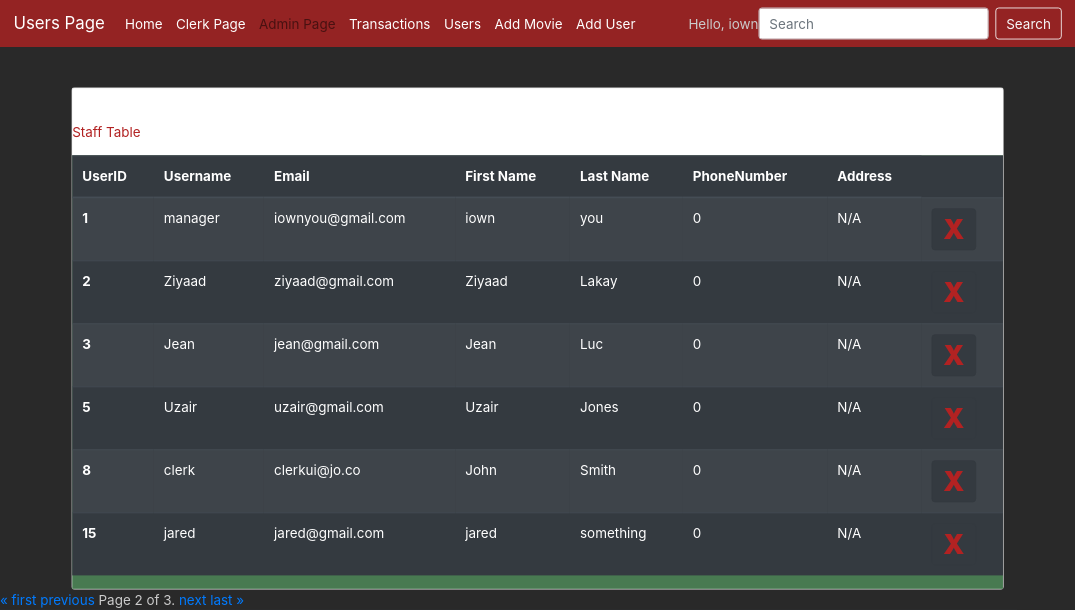
Repository: jeanluciradukunda/csc312.group.project
Page: http://localhost/userstbl/?page=2
An editor plug-in stored every save of this project. The page is shown before and after the next save, followed by the edit.
The browser window is 1280 px wide. The pictures show the whole page, at 84% of full size.
The page is served by the project's application, run on Django 2.2 (dvdstore/manage.py). The first stored user is signed in. Other server files are loaded and not shown. The page reads the database file committed with the project.

Above is the page before, as saved 2019-09-14 17:04:20.

### dvdstore/templates/userstbl.html
{%load static %}
<!DOCTYPE html>
<html lang="en">
<head>
    <meta charset="UTF-8">
    <meta name="viewport" content="width=device-width, initial-scale=1.0">
    <meta http-equiv="X-UA-Compatible" content="ie=edge">
    <link rel="stylesheet" href="https://stackpath.bootstrapcdn.com/bootstrap/4.3.1/css/bootstrap.min.css" integrity="sha384-ggOyR0iXCbMQv3Xipma34MD+dH/1fQ784/j6cY/iJTQUOhcWr7x9JvoRxT2MZw1T" crossorigin="anonymous">
    <link rel="stylesheet" type="text/css" href="{% static 'transactionstyle.css'%}">
    <title>Transactions</title>
</head>
<body>
    <!-- NAVIGATION BAR -->
    <nav class="navbar navbar-expand-lg navbar-light sticky" style="background-color: rgba(178, 34, 34, 0.781);">
            <a class="navbar-brand" href="#" style="color: white" >Users Page</a>
            <button class="navbar-toggler" type="button" data-toggle="collapse" data-target="#navbarSupportedContent" aria-controls="navbarSupportedContent" aria-expanded="false" aria-label="Toggle navigation">
              <span class="navbar-toggler-icon"></span>
            </button>

            <div class="collapse navbar-collapse" id="navbarSupportedContent">
              <ul class="navbar-nav mr-auto">
                <li class="nav-item active">
                  <a class="nav-link" href="/" style="color: white">Home <span class="sr-only">(current)</span></a>
                </li>

                <li class="nav-item ">
                    {% if user.is_superuser %}
                    <a class="nav-link" href="../clerk" style="color: white">Clerk Page</a>
                    {%endif%}
                  </li>

                <li class="nav-item" style="color: white">
                  {% if user.is_superuser %}
                  <a class="nav-link" href="/admin">Admin Page</a>
                  {%endif%}
              </li>

              <li class="nav-item ">
                  {% if user.is_superuser %}
                  <a class="nav-link" href="../transactions" style="color: white">Transactions</a>
                  {%endif%}
                </li>


              <li class="nav-item ">
                    {% if user.is_superuser %}
                    <a class="nav-link" href="../userstbl" style="color: white">Users</a>
                    {%endif%}
              </li>

              <li class="nav-item">
                  {% if user.is_superuser %}
                  <a class="nav-link" href="#" data-toggle="modal" data-target="#mymodal1" style="color: white">Add Movie</a>
                  {%endif%}
              </li>

              <li class="nav-item ">
                {% if user.is_superuser %}
                <a class="nav-link" href="#" data-toggle="modal" data-target="#mymodal2" style="color: white">Add User</a>
                {%endif%}
              </li>


                </ul>
              </ul>




              <form method="GET" action="" class="form-inline my-2 my-lg-0">
                  <a> Hello, {{user.first_name}}</a><br>
                <input class="form-control mr-sm-2" name ='query' type="search" placeholder="Search" aria-label="Search">
                <button class="btn btn-outline-light my-2 my-sm-0" type="submit">Search</button>
              </form>
            </div>
          </nav>
    <a></a><br>
    <!-- END OF NAVIGATION BAR -->

    <!-- Staff table -->
    <div class="container">
        <div class="card" style="table-layout: fixed;">
          <div class="card-body"></div>
                <p class="" style="font: bold; color:firebrick">Staff Table</p>
                  <div class="table-body">
                          <table class="table table-striped table-dark">
                                  <thead>
                                    <tr>
                                      <th scope="col">UserID</th>
                                      <th scope="col">Username</th>
                                      <th scope="col">Email</th>
                                      <th scope="col">First Name</th>
                                      <th scope="col">Last Name</th>
                                      <th scope="col">PhoneNumber</th>
                                      <th scope="col">Address</th>

                                    </tr>
                                  </thead>
                                  <tbody>
                                  {% for use in users %}
                                  {% if user.is_staff %}
                                    <tr>
                                      <th scope="row">{{use.id}}</th>
                                      <td>{{use.username}}</td>
                                      <td>{{use.email}}</td>
                                      <td>{{use.first_name}}</td>
                                      <td>{{use.last_name}}</td>
                                      <td>0</td>
                                      <td>N/A</td>
                                      {% if user.is_superuser %}

                                      <td>
                                          <form  method="post" action="deleteUser">
                                              {% csrf_token %}
                                            <input type="hidden" name="userID" value="{{use.id}}"></input>
                                            <button type="submit" class="btn btn-dark badge" style="color:firebrick; font-size:2rem"><strong>X</strong></button>
                                          </form>
                                        </td>
                                      {%endif%}
                                    </tr>
                                  {%endif%}
                                  {%endfor%}
                                  </tbody>
                                </table>
                  </div>
          </div>
        </div>
  </div>
  <!-- end TABLE -->



  <!-- The Modal1 -->
  <div class="modal" id="mymodal1">
      <div class="modal-dialog">
        <div class="modal-content">

          <!-- Modal Header -->
          <div class="modal-header">
            <h4 class="modal-title">Add Movie</h4>
            <button type="button" class="close" data-dismiss="modal">&times;</button>
          </div>

          <!-- Modal body -->
          <div class="modal-body">
            <form method="POST" enctype="multipart/form-data" action="model_form_upload">
              {% csrf_token %}
              {{ form.as_p }}
              <button type="submit">Upload</button>
            </form>
          </div>

          <!-- Modal footer -->
          <div class="modal-footer">
            <button type="button" class="btn btn-danger" data-dismiss="modal">Close</button>
          </div>

        </div>
      </div>
    </div>

    <!-- The Modal2 -->
    <div class="modal" id="mymodal2">
        <div class="modal-dialog">
          <div class="modal-content">

            <!-- Modal Header -->
            <div class="modal-header">
              <h4 class="modal-title">Add User</h4>
              <button type="button" class="close" data-dismiss="modal">&times;</button>
            </div>

            <!-- Modal body -->
            <div class="modal-body">
              <form action="register2" method="POST">
                {% csrf_token %}
                <input type="text" name="first_name" placeholder="First Name"><br>
                <input type="text" name="last_name" placeholder="Last Name"><br>
                <input type="text" name="username" placeholder="Username"><br>
                <input type="email" name="email" placeholder="Email"><br>
                <input type="submit" value="Add">
              </form>
            </div>

            <!-- Modal footer -->
            <div class="modal-footer">
              <button type="button" class="btn btn-danger" data-dismiss="modal">Close</button>
            </div>

          </div>
        </div>
      </div>
      <!-- end modal -->
      <!-- Pagination -->
    <div class="pagination">
            <span class="step-links">
                {% if dvds.has_previous %}
                    <a href="?page=1">&laquo; first</a>
                    <a href="?page={{ dvds.previous_page_number }}">previous</a>
                {% endif %}

                <span class="current">
                    Page {{ dvds.number }} of {{ dvds.paginator.num_pages }}.
                </span>

                {% if dvds.has_next %}
                    <a href="?page={{ dvds.next_page_number }}">next</a>
                    <a href="?page={{ dvds.paginator.num_pages }}">last &raquo;</a>
                {% endif %}
            </span>
        </div>

        <script src="https://code.jquery.com/jquery-3.3.1.slim.min.js" integrity="sha384-q8i/X+965DzO0rT7abK41JStQIAqVgRVzpbzo5smXKp4YfRvH+8abtTE1Pi6jizo" crossorigin="anonymous"></script>
        <script src="https://cdnjs.cloudflare.com/ajax/libs/popper.js/1.14.7/umd/popper.min.js" integrity="sha384-UO2eT0CpHqdSJQ6hJty5KVphtPhzWj9WO1clHTMGa3JDZwrnQq4sF86dIHNDz0W1" crossorigin="anonymous"></script>
        <script src="https://stackpath.bootstrapcdn.com/bootstrap/4.3.1/js/bootstrap.min.js" integrity="sha384-JjSmVgyd0p3pXB1rRibZUAYoIIy6OrQ6VrjIEaFf/nJGzIxFDsf4x0xIM+B07jRM" crossorigin="anonymous"></script>
</body>
</html>

### dvdstore/db.sqlite3 (the tables this page reads, as SQL)
CREATE TABLE "auth_user" ("id" integer NOT NULL PRIMARY KEY AUTOINCREMENT, "password" varchar(128) NOT NULL, "last_login" datetime NULL, "is_superuser" bool NOT NULL, "username" varchar(150) NOT NULL UNIQUE, "first_name" varchar(30) NOT NULL, "email" varchar(254) NOT NULL, "is_staff" bool NOT NULL, "is_active" bool NOT NULL, "date_joined" datetime NOT NULL, "last_name" varchar(150) NOT NULL);
INSERT INTO "auth_user" VALUES
(1, 'pbkdf2_sha256$150000$mcTwGV2rmSQY$87I6d5XSOF6QkxJE92oSK1GpwwKtlfpz+SlvvDeImfI=', '2019-09-14 15:09:43.069186', 1, 'manager', 'iown', 'iownyou@gmail.com', 1, 1, '2019-09-10 17:38:19', 'you'),
(2, 'pbkdf2_sha256$150000$JUy4BFehU9v1$H2rdyS0nnGwF9g5qbzTjq5XvECoVsnC+nSxDbOR07sc=', '2019-09-12 15:24:59', 0, 'Ziyaad', 'Ziyaad', 'ziyaad@gmail.com', 1, 1, '2019-09-10 17:59:31', 'Lakay'),
(3, 'pbkdf2_sha256$150000$NE9sCrn8F0sL$/5qg9BN4EBMjZ8Ubn6OlRBpe+MGUmDbqwyM8BrHbh/E=', '2019-09-12 10:47:43', 0, 'Jean', 'Jean', 'jean@gmail.com', 1, 1, '2019-09-10 17:59:53', 'Luc'),
(5, 'pbkdf2_sha256$150000$XhKeFcXtsSVa$iDpbqNyJ0sjnhJYGWs8JjUMSGv7d5NgXxGzF1guQiSI=', NULL, 1, 'Uzair', 'Uzair', 'uzair@gmail.com', 1, 1, '2019-09-10 18:01:30', 'Jones'),
(8, 'pbkdf2_sha256$150000$OOPpn6Q2d1GJ$lhkaScOqfPseB2lpIXSQ2tN/utEsIRUj7ZHSrh0jAjw=', '2019-09-14 13:30:34.035743', 0, 'clerk', 'John', 'clerkui@jo.co', 1, 1, '2019-09-10 18:03:46', 'Smith'),
(15, 'j1234', NULL, 0, 'jared', 'jared', 'jared@gmail.com', 0, 1, '2019-09-14 16:02:09.598495', 'something');

CREATE TABLE "webapp_dvd" ("id" integer NOT NULL PRIMARY KEY AUTOINCREMENT, "Title" varchar(50) NOT NULL, "year" varchar(255) NOT NULL, "genre" varchar(255) NOT NULL, "InStock" bool NOT NULL, "Synopsis" text NOT NULL, "BookingPickup" varchar(255) NOT NULL, "NumOfTimesRented" integer NOT NULL, "ImageDVD" varchar(100) NOT NULL, "PriceDVD" integer NOT NULL, "NumDaysBooked" integer NOT NULL);
INSERT INTO "webapp_dvd" VALUES
(1, 'John Wick', '2014', 'Action', 0, 'After John Wick loses his wife, Helen, to a terminal illness, he receives a beagle puppy named Daisy from his late wife to help him cope with his grief. Despite John’s stoic demeanor, he bonds with the puppy and they spend their day driving around in his vintage 1969 Ford Mustang Mach 1. At a gas station, he encounters a trio of Russian gangsters whose leader, Iosef Tarasov, insists on buying his car, but John repeatedly states that it is not for sale. Angered, Iosef and his mobsters follow John to his home that night, knock him unconscious, steal his car, and kill Daisy.', 'Tally', 0, 'pics/john_wick.jpg', 50, 1),
(2, 'Dave Chappelle: Sticks & Stones', '2019', 'Comedy', 0, 'Dave Chappelle takes on gun culture, the opioid crisis, and the tidal wave of celebrity scandals in a defiant stand-up special filmed in Atlanta.', 'Jean', 0, 'pics/R1SC0XA.jpg', 30, 2),
(3, 'Avengers: Endgame', '2019', 'Action', 1, 'Adrift in space with no food or water, Tony Stark sends a message to Pepper Potts as his oxygen supply starts to dwindle. Meanwhile, the remaining Avengers -- Thor, Black Widow, Captain America and Bruce Banner -- must figure out a way to bring back their vanquished allies for an epic showdown with Thanos -- the evil demigod who decimated the planet and the universe.', 'None', 0, 'pics/RTO4B2C.jpg', 50, 0),
(4, 'The Lion King', '2019', 'Family', 1, 'Simba idolizes his father, King Mufasa, and takes to heart his own royal destiny on the plains of Africa. But not everyone in the kingdom celebrates the new cub''s arrival. Scar, Mufasa''s brother -- and former heir to the throne -- has plans of his own. The battle for Pride Rock is soon ravaged with betrayal, tragedy and drama, ultimately resulting in Simba''s exile. Now, with help from a curious pair of newfound friends, Simba must figure out how to grow up and take back what is rightfully his.', 'None', 0, 'pics/RIWZ0RU.jpg', 0, 0),
(5, 'The Shawshank Redemption', '1994', 'Drama', 1, 'Andy Dufresne (Tim Robbins) is sentenced to two consecutive life terms in prison for the murders of his wife and her lover and is sentenced to a tough prison. However, only Andy knows he didn''t commit the crimes. While there, he forms a friendship with Red (Morgan Freeman), experiences brutality of prison life, adapts, helps the warden, etc., all in 19 years.', 'None', 0, 'pics/RAYG3QN.jpg', 20, 0),
(6, 'Happy Death Day 2U', '2019', 'Horror', 0, 'Collegian Tree Gelbman wakes up in horror to learn that she''s stuck in a parallel universe. Her boyfriend Carter is now with someone else, and her friends and fellow students seem to be completely different versions of themselves. When Tree discovers that Carter''s roommate has been altering time, she finds herself once again the target of a masked killer. When the psychopath starts to go after her inner circle, Tree soon realizes that she must die over and over again to save everyone.', 'None', 0, 'pics/RFR986W.jpg', 30, 0),
(7, 'Oliver Twist', '2005', 'Drama', 1, 'An adaptation of the classic Dickens tale, in which an orphan meets a pickpocket on the streets of London. From there, he joins a household of boys who are trained to steal for their master.', 'None', 0, 'pics/oliver_twist_ver3.jpg', 20, 0),
(8, 'Alladin', '2019', 'Family', 1, 'Aladdin is a lovable street urchin who meets Princess Jasmine, the beautiful daughter of the sultan of Agrabah. While visiting her exotic palace, Aladdin stumbles upon a magic oil lamp that unleashes a powerful, wisecracking, larger-than-life genie. As Aladdin and the genie start to become friends, they must soon embark on a dangerous mission to stop the evil sorcerer Jafar from overthrowing young Jasmine''s kingdom.', 'Uzair', 1, 'pics/aladdin_ver2.jpg', 50, 1),
(9, 'Alita: Battle Angel', '2019', 'Action', 0, 'Set several centuries in the future, the abandoned Alita is found in the scrapyard of Iron City by Ido, a compassionate cyber-doctor who takes the unconscious cyborg Alita to his clinic. When Alita awakens, she has no memory of who she is, nor does she have any recognition of the world she finds herself in. As Alita learns to navigate her new life and the treacherous streets of Iron City, Ido tries to shield her from her mysterious past.', 'Jared', 1, 'pics/alita_battle_angel_ver2.jpg', 50, 2),
(10, 'Annabelle Comes Home', '2019', 'Horror', 1, 'Determined to keep Annabelle from wreaking more havoc, paranormal investigators Ed and Lorraine Warren lock the possessed doll in the artifacts room in their house. But when the doll awakens the room''s evil spirits, it soon becomes an unholy night of terror for the couple''s 10-year-old daughter, her friends and their young baby sitter.', 'None', 0, 'pics/annabelle_comes_home_ver2.jpg', 40, 0),
(11, 'Dumb and Dumber To', '2014', 'Comedy', 1, 'In need of a new kidney and having learned that he has a long-lost daughter, dimwit Harry Dunne (Jeff Daniels) snaps his equally cretinous pal, Lloyd Christmas (Jim Carrey), out of an apparent fugue state to accompany him on a journey to find her. The witless wonders criss-cross the country using whatever mode of transportation they can find, ultimately arriving at the one place on Earth where they least belong: a summit of the world''s most brilliant minds.', 'None', 0, 'pics/dumb_and_dumber_to_ver3.jpg', 30, 0),
(12, 'The Fault in Our Stars', '2014', 'Romance', 0, 'Hazel Grace Lancaster (Shailene Woodley), a 16-year-old cancer patient, meets and falls in love with Gus Waters (Ansel Elgort), a similarly afflicted teen from her cancer support group. Hazel feels that Gus really understands her. They both share the same acerbic wit and a love of books, especially Grace''s touchstone, "An Imperial Affliction" by Peter Van Houten. When Gus scores an invitation to meet the reclusive author, he and Hazel embark on the adventure of their brief lives.', 'Tim', 2, 'pics/fault_in_our_stars.jpg', 20, 3),
(13, 'Fifty Shades Freed', '2018', 'Romance', 1, 'Believing they''ve left behind the shadowy figures from the past, billionaire Christian Grey and his new wife Anastasia fully embrace their inextricable connection and shared life of luxury. But just as the Greys begin to step into their new roles, sinister events come to light and jeopardise their happy ending before it even begins.', 'None', 0, 'pics/fifty_shades_freed_ver3.jpg', 30, 0),
(14, 'Jigsaw', '2017', 'Horror', 1, 'After a series of murders bearing all the markings of the Jigsaw killer, law enforcement officials find themselves chasing the ghost of a man who has been dead for over a decade, and they become embroiled in a new game that''s only just begun. Is John Kramer back from the dead to remind the world to be grateful for the gift of life? Or is this a trap set by a killer with designs of his own?', 'None', 0, 'pics/jigsaw.jpg', 30, 0),
(15, 'The Notebook', '2004', 'Romance', 0, 'In 1940s South Carolina, mill worker Noah Calhoun (Ryan Gosling) and rich girl Allie (Rachel McAdams) are desperately in love. But her parents don''t approve. When Noah goes off to serve in World War II, it seems to mark the end of their love affair. In the interim, Allie becomes involved with another man (James Marsden). But when Noah returns to their small town years later, on the cusp of Allie''s marriage, it soon becomes clear that their romance is anything but over.', 'Tim', 2, 'pics/notebook_ver2.jpg', 40, 2),
(16, '127 Hours', '2010', 'Drama', 1, 'While exploring a remote canyon in Utah, mountaineer and adventurer Aron Ralston (James Franco) becomes trapped when a boulder falls on his arm. Over the next five days, Ralston examines his life and considers his options, leading him to an agonizing choice: to amputate his arm so that he can extricate himself and try to make his way back to civilization or remain pinned to the canyon wall and likely die. Based on Ralston''s book, "Between a Rock and a Hard Place."', 'None', 3, 'pics/one_hundred_twenty_seven_hours.jpg', 20, 0),
(17, 'Pulp Fiction', '1994', 'Action', 1, 'Vincent Vega (John Travolta) and Jules Winnfield (Samuel L. Jackson) are hitmen with a penchant for philosophical discussions. In this ultra-hip, multi-strand crime movie, their storyline is interwoven with those of their boss, gangster Marsellus Wallace (Ving Rhames) ; his actress wife, Mia (Uma Thurman) ; struggling boxer Butch Coolidge (Bruce Willis) ; master fixer Winston Wolfe (Harvey Keitel) and a nervous pair of armed robbers, "Pumpkin" (Tim Roth) and "Honey Bunny" (Amanda Plummer).', 'None', 0, 'pics/pulp_fiction.jpg', 30, 0),
(18, 'Spider-Man: Far From Home', '2019', 'Action', 1, 'Peter Parker''s relaxing European vacation takes an unexpected turn when Nick Fury shows up in his hotel room to recruit him for a mission. The world is in danger as four massive elemental creatures -- each representing Earth, air, water and fire -- emerge from a hole torn in the universe. Parker soon finds himself donning the Spider-Man suit to help Fury and fellow superhero Mysterio stop the evil entities from wreaking havoc across the continent.', 'None', 0, 'pics/spiderman_far_from_home.jpg', 50, 0);

Loaded but not shown: dvdstore/webapp/models.py (43 lines, source omitted); dvdstore/webapp/urls.py (26 lines, source omitted); dvdstore/dvdstore/urls.py (27 lines, source omitted); dvdstore/webapp/form.py (21 lines, source omitted); dvdstore/static/transactionstyle.css (43 lines, source omitted); dvdstore/accounts/urls.py (8 lines, source omitted); dvdstore/webapp/views.py (257 lines, source omitted)

After the next save:
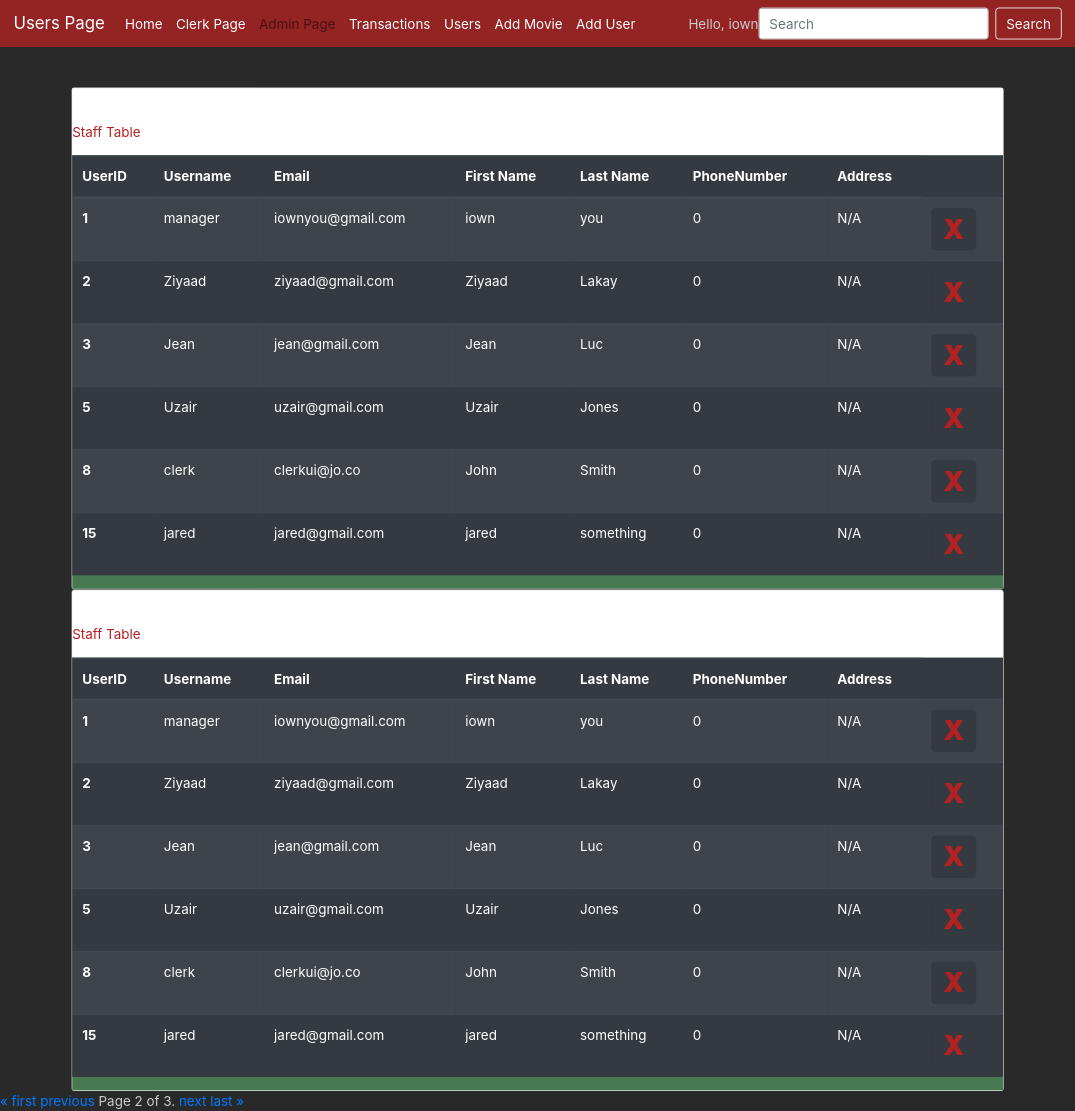
Saved 10 s later.
--- a/dvdstore/templates/userstbl.html
+++ b/dvdstore/templates/userstbl.html
@@ -127,6 +127,56 @@
         </div>
   </div>
   <!-- end TABLE -->
+  <!-- Staff table -->
+  <div class="container">
+    <div class="card" style="table-layout: fixed;">
+      <div class="card-body"></div>
+            <p class="" style="font: bold; color:firebrick">Staff Table</p>
+              <div class="table-body">
+                      <table class="table table-striped table-dark">
+                              <thead>
+                                <tr>
+                                  <th scope="col">UserID</th>
+                                  <th scope="col">Username</th>
+                                  <th scope="col">Email</th>
+                                  <th scope="col">First Name</th>
+                                  <th scope="col">Last Name</th>
+                                  <th scope="col">PhoneNumber</th>
+                                  <th scope="col">Address</th>
+
+                                </tr>
+                              </thead>
+                              <tbody>
+                              {% for use in users %}
+                              {% if user.is_staff %}
+                                <tr>
+                                  <th scope="row">{{use.id}}</th>
+                                  <td>{{use.username}}</td>
+                                  <td>{{use.email}}</td>
+                                  <td>{{use.first_name}}</td>
+                                  <td>{{use.last_name}}</td>
+                                  <td>0</td>
+                                  <td>N/A</td>
+                                  {% if user.is_superuser %}
+
+                                  <td>
+                                      <form  method="post" action="deleteUser">
+                                          {% csrf_token %}
+                                        <input type="hidden" name="userID" value="{{use.id}}"></input>
+                                        <button type="submit" class="btn btn-dark badge" style="color:firebrick; font-size:2rem"><strong>X</strong></button>
+                                      </form>
+                                    </td>
+                                  {%endif%}
+                                </tr>
+                              {%endif%}
+                              {%endfor%}
+                              </tbody>
+                            </table>
+              </div>
+      </div>
+    </div>
+</div>
+<!-- end TABLE -->
 
 
 
